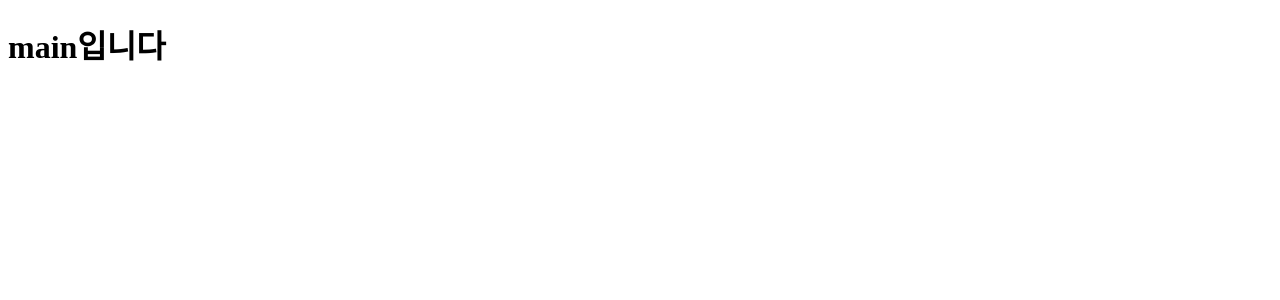
Repository: jsj0345/spring-member-board
Page: http://localhost/springProject/
These files come from the project's save history. The page is drawn as it stood at one moment and after the next save; the edit follows.
The browser window is 1280 px wide. The pictures show the whole page.
Pictures or frames that could not be fetched are drawn as grey boxes. The page is served by Tomcat 9. Nobody is signed in. The application's start-up code is not run. Other server files are loaded and not shown.

Above is the page before, as saved 2025-12-01 06:33:33.

### springProject/src/main/webapp/index.jsp
<%@ page language="java" contentType="text/html; charset=UTF-8"
    pageEncoding="UTF-8"%>
<!DOCTYPE html>
<html>
<head>
<meta charset="UTF-8">
<title>Insert title here</title>
</head>
<body>
   <h1>환영합니다.</h1>

   <!--
   시작 경로가 localhost:8080/spring/이다.
   왜 그럴까? 왼쪽 하단에 Servers에서 톰캣을 누르고 module로 이동하면
   Path는 /spring으로 적혀있다. 그래서 컨텍스트 루트는 spring이다.

   그리고 서블릿을 기준으로 src/main/webapp으로 파일 경로를 작성하면 된다.

   물론 mapper같은 파일들은 파일을 외부로 배포할때를 기준으로 봐야함. (즉, 컴퓨터가 파일을 해석할수 있는 classpath 경로를 기준으로 봐야함)
   -->

   <jsp:forward page="/WEB-INF/views/main.jsp"></jsp:forward>
</body>
</html>

### springProject/src/main/webapp/WEB-INF/views/main.jsp
<%@ page language="java" contentType="text/html; charset=UTF-8"
    pageEncoding="UTF-8"%>
<!DOCTYPE html>
<html>
<head>
<meta charset="UTF-8">
<title>Insert title here</title>
</head>
<body>

   <h1>main입니다</h1>



</body>
</html>

### springProject/src/main/webapp/WEB-INF/views/common/menubar.jsp
<%@ page language="java" contentType="text/html; charset=UTF-8"
    pageEncoding="UTF-8"%>
<!DOCTYPE html>
<html lang="en">
<head>
    <meta charset="UTF-8">
    <title>Document</title>
    <!-- jQuery 라이브러리 -->
    <script src="https://ajax.googleapis.com/ajax/libs/jquery/3.4.1/jquery.min.js"></script>
    <!-- 부트스트랩에서 제공하고 있는 스타일 -->
    <link rel="stylesheet" href="https://maxcdn.bootstrapcdn.com/bootstrap/4.5.2/css/bootstrap.min.css">
    <!-- 부트스트랩에서 제공하고 있는 스크립트 -->
    <script src="https://maxcdn.bootstrapcdn.com/bootstrap/4.5.2/js/bootstrap.min.js"></script>
    <style>
        div {box-sizing:border-box;}
        #header {
            width:80%;
            height:100px;
            padding-top:20px;
            margin:auto;
        }
        #header>div {width:100%; margin-bottom:10px;}
        #header_1 {height:40%;}
        #header_2 {height:60%;}

        #header_1>div{
            height:100%;
            float:left;
        }
        #header_1_left {width:30%; position:relative;}
        #header_1_center {width:40%;}
        #header_1_right {width:30%;}

        #header_1_left>img {height:80%; position:absolute; margin:auto; top:0px; bottom:0px; right:0px; left:0px;}
        #header_1_right {text-align:center; line-height:35px; font-size:12px; text-indent:35px;}
        #header_1_right>a {margin:5px;}
        #header_1_right>a:hover {cursor:pointer;}

        #header_2>ul {width:100%; height:100%; list-style-type:none; margin:auto; padding:0;}
        #header_2>ul>li {float:left; width:25%; height:100%; line-height:55px; text-align:center;}
        #header_2>ul>li a {text-decoration:none; color:black; font-size:18px; font-weight:900;}

        #header_2 {border-top:1px solid lightgray;}

        #header a {text-decoration:none; color:black;}

        /* 세부페이지마다 공통적으로 유지할 style */
        .content {
            background-color:rgb(247, 245, 245);
            width:80%;
            margin:auto;
        }
        .innerOuter {
            border:1px solid lightgray;
            width:80%;
            margin:auto;
            padding:5% 10%;
            background-color:white;
        }

    </style>
</head>
<body>

    <div id="header">
        <div id="header_1">
            <div id="header_1_left">
                <img src="https://www.iei.or.kr/resources/images/common/top_logo_s.jpg" alt="">
            </div>
            <div id="header_1_center"></div>
            <div id="header_1_right">
                <!-- 로그인 전 -->
                <a href="">회원가입</a>
                <a data-toggle="modal" data-target="#loginModal">로그인</a> <!-- 모달의 원리 : 이 버튼 클릭시 data-targer에 제시되어있는 해당 아이디의 div요소를 띄워줌 -->

                <!-- 로그인 후 -->
                <!--
                    <lable>홍길동님 환영합니다</label> &nbsp;&nbsp;
                    <a href="">마이페이지</a>
                    <a href="">로그아웃</a>
                -->
            </div>
        </div>
        <div id="header_2">
            <ul>
                <li><a href="">HOME</a></li>
                <li><a href="">공지사항</a></li>
                <li><a href="">자유게시판</a></li>
                <li><a href="">사진게시판</a></li>
            </ul>
        </div>
    </div>

    <!-- 로그인 클릭 시 뜨는 모달 (기존에는 안보이다가 위의 a 클릭 시 보임) -->
    <div class="modal fade" id="loginModal">
        <div class="modal-dialog modal-sm">
            <div class="modal-content">
                <!-- Modal Header -->
                <div class="modal-header">
                    <h4 class="modal-title">Login</h4>
                    <button type="button" class="close" data-dismiss="modal">&times;</button>
                </div>

                <form action="로그인요청받아주는서버" method="post">
                    <!-- Modal body -->
                    <div class="modal-body">
                        <label for="userId" class="mr-sm-2">ID : </label>
                        <input type="text" class="form-control mb-2 mr-sm-2" placeholder="Enter ID" id="userId" name=""> <br>
                        <label for="userPwd" class="mr-sm-2">Password : </label>
                        <input type="password" class="form-control mb-2 mr-sm-2" placeholder="Enter Password" id="userPwd" name="">
                    </div>

                    <!-- Modal footer -->
                    <div class="modal-footer">
                        <button type="submit" class="btn btn-primary">로그인</button>
                        <button type="button" class="btn btn-danger" data-dismiss="modal">취소</button>
                    </div>
                </form>
            </div>
        </div>

    </div>

    <br clear="both">
</body>
</html>

After the next save:
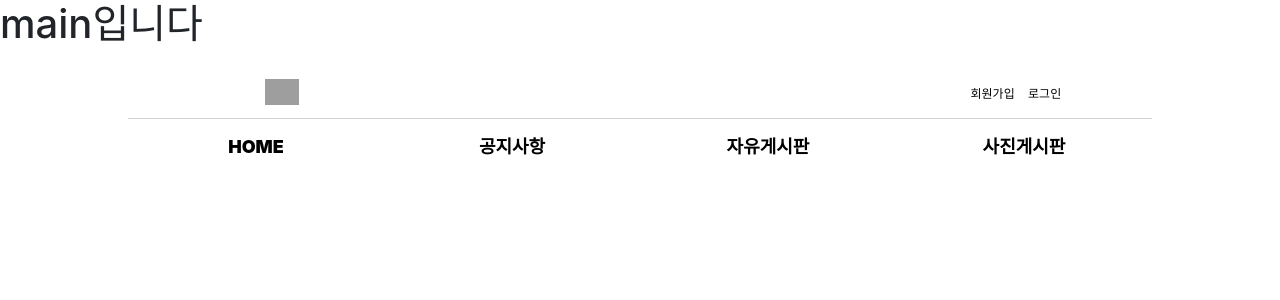
Saved 4 min 3 s later.
--- a/springProject/src/main/webapp/WEB-INF/views/main.jsp
+++ b/springProject/src/main/webapp/WEB-INF/views/main.jsp
@@ -10,6 +10,8 @@
 
    <h1>main입니다</h1>
 
+   <%@include file="/WEB-INF/views/common/menubar.jsp"%>
+
 
 
 </body>
